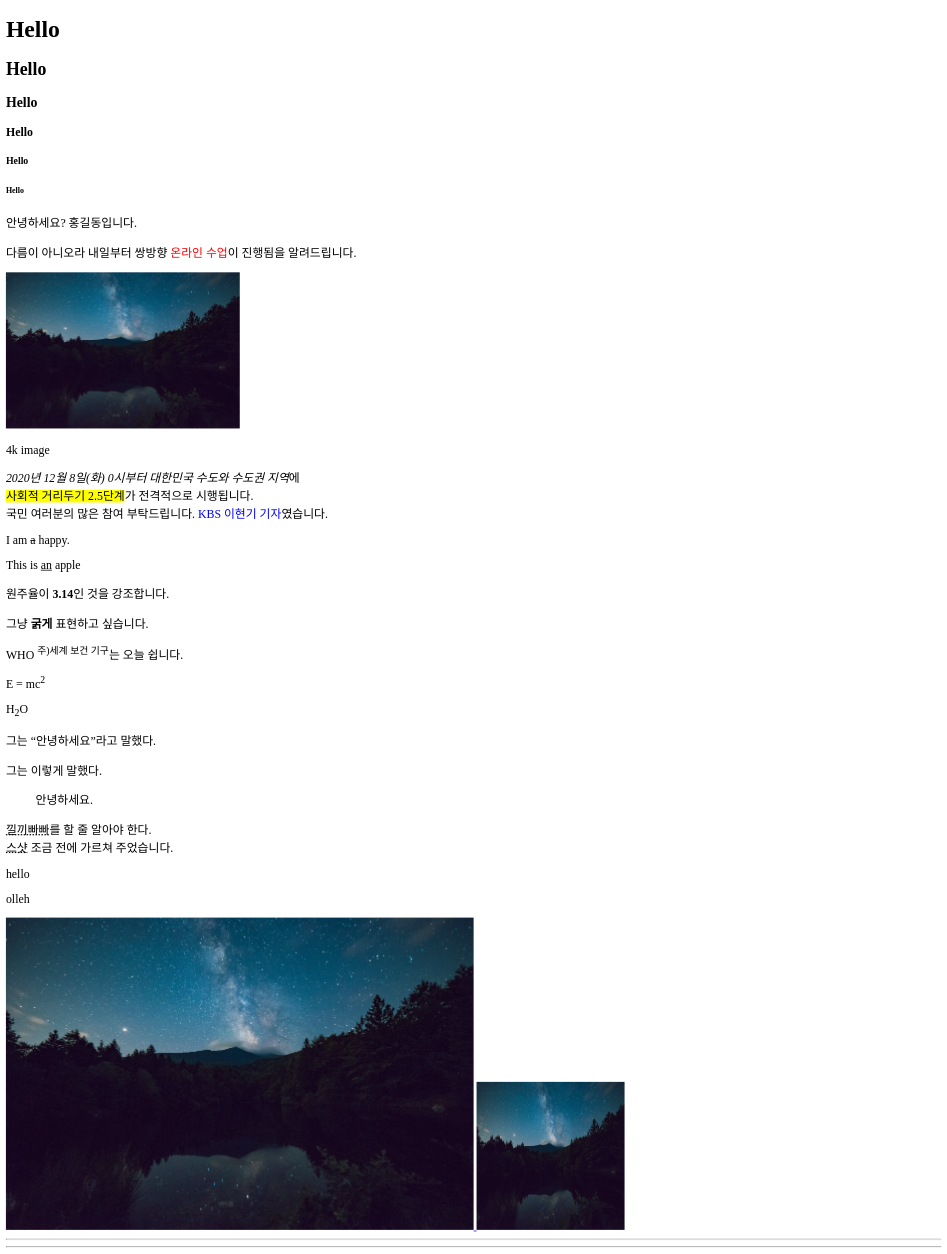
Repository: woneeseo/javastudy
Page: htmlStudy/workspace_html/HelloWorld/WebContent/f.html
An editor plug-in stored every save of this project. The page is shown before and after the next save, followed by the edit.
The browser window is 1280 px wide. The pictures show the whole page, at 74% of full size.

Above is the page before, as saved 2020-12-07 06:26:12.

After the next save:
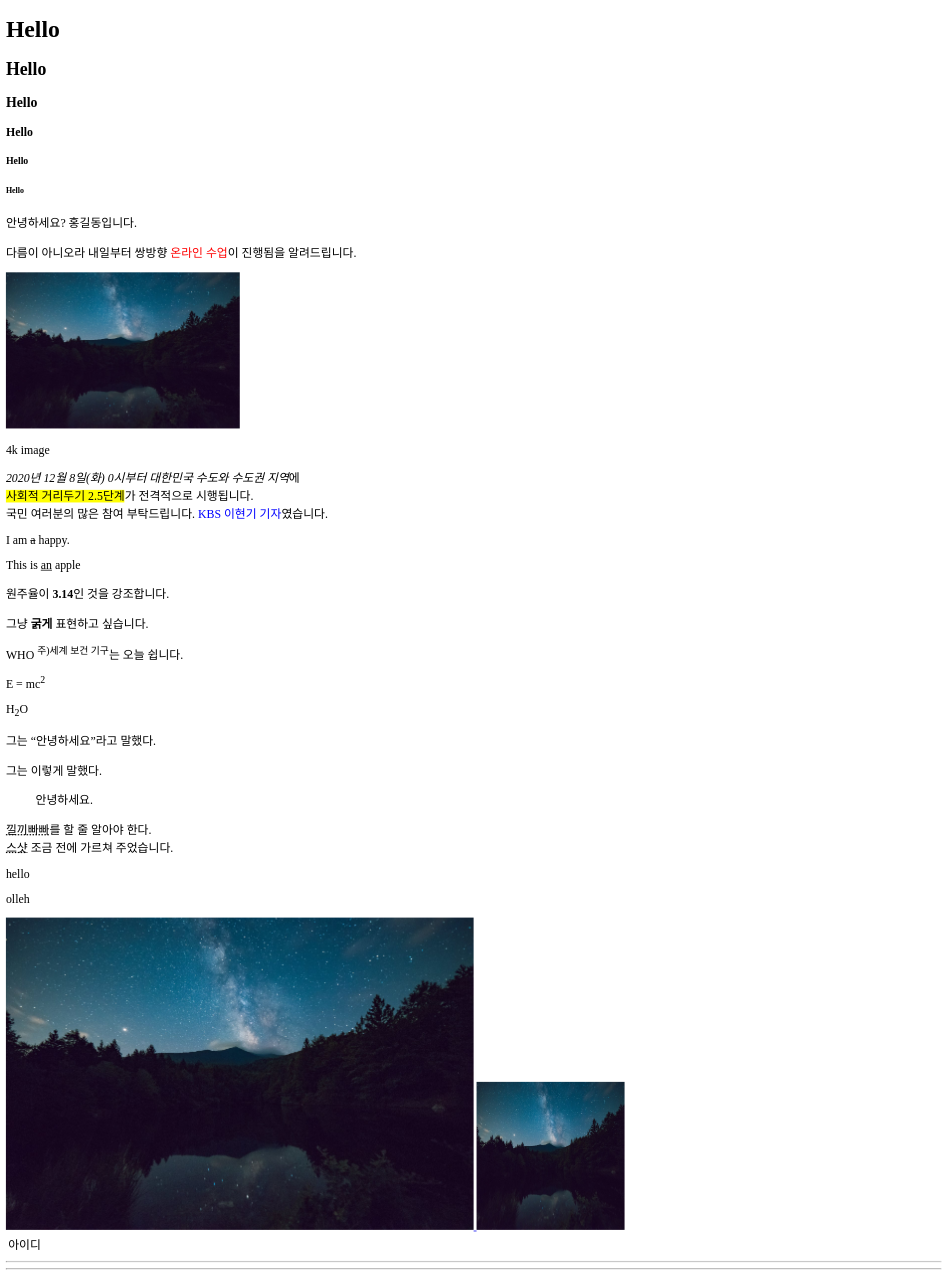
Saved 25 min 26 s later.
--- a/htmlStudy/workspace_html/HelloWorld/WebContent/f.html
+++ b/htmlStudy/workspace_html/HelloWorld/WebContent/f.html
@@ -97,15 +97,32 @@
 </a>
 <!-- 이미지 파일에 하이퍼링크 달기 : img태그를 a태그로 감싸기 -->
 
+<!-- area를 지정해 해당 area를 클릭하면 각각 다른 페이지로 넘어가도록 하이퍼링크 다는 방법 -->
+<!-- map 과 area 태그를 이용한다. -->
+
 <img alt="4k image" src="test.jpeg" style="width: 200px; height: 200px;" usemap="#myMap">
-
-
+<!-- img 태그의 usemap 속성을 사용해 id태그를 걸어주고 -->
 <map name="myMap">
+<!-- map에서 name(=id)을 usemap에서 걸었던 태그 명과 동일하게 해준 뒤 -->
+<!-- area 태그를 감싸준다 -->
 
 	<area alt="이미지의 왼쪽" shape="rect" coords="0, 0, 100, 100" href="https://www.google.com">
 	<area alt="이미지의 오른쪽" shape="rect" coords="101, 101, 200, 200" href="https://www.naver.com">
+	<!-- area태그는 이미지의 크기만 알면 coords 속성을 이용해 어디든지 지정할 수 있고 -->
+	<!-- shape를 통해 원형, 직사각형, 다각형등의 형태로 모양을 줄 수도 있음/ 링크는 href속성으로 걸어준다.-->
 
 </map>
+
+
+<table>
+<!-- table : 표! -->
+	<thead>
+		<tr>
+			<td>아이디</td>
+		</tr>
+	</thead>
+
+</table>
 
 
 
